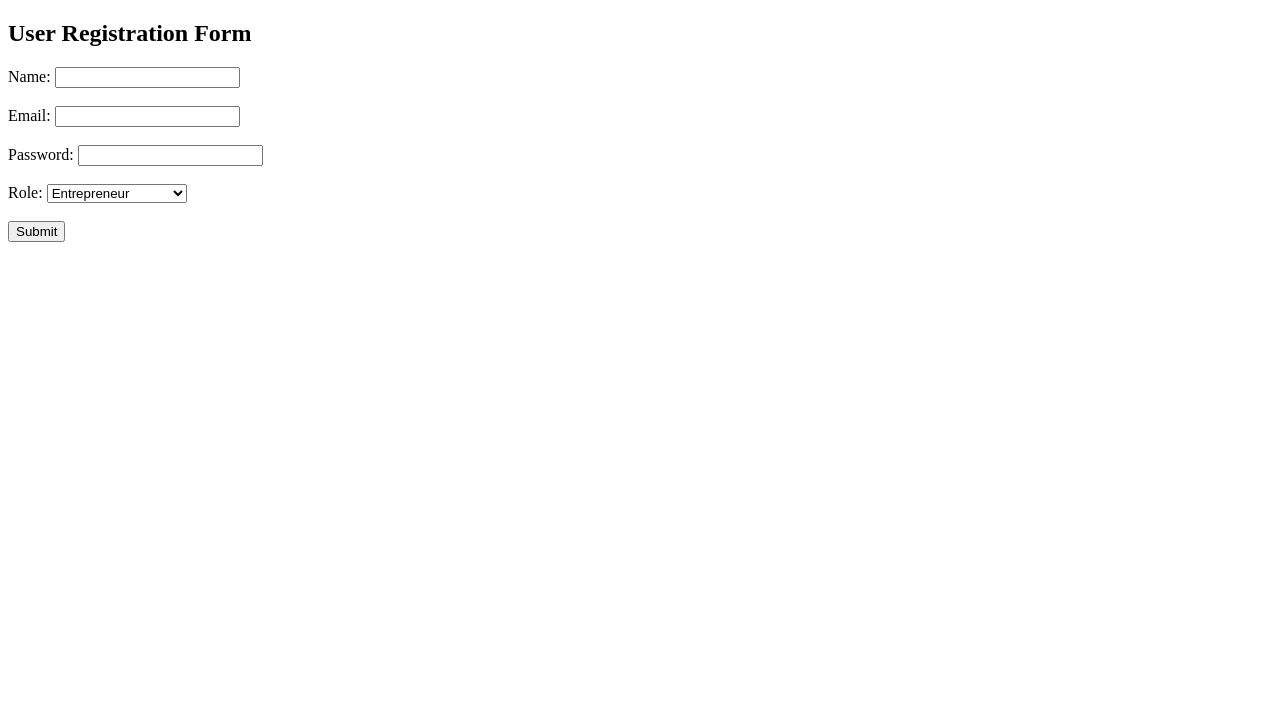
Repository: LOGANATHANTECH/single-window-approval-system
Page: singlewindow/singlewindow/src/main/webapp/testligin.html
These files come from the project's save history. The page is drawn as it stood at one moment and after the next save; the edit follows.
The browser window is 1280 px wide. The pictures show the whole page.

Above is the page before, as saved 2025-03-16 11:34:53.

### singlewindow/singlewindow/src/main/webapp/testligin.html
<!DOCTYPE html>
<html lang="en">
<head>
    <meta charset="UTF-8">
    <meta name="viewport" content="width=device-width, initial-scale=1.0">
    <title>User Registration</title>
</head>
<body>

    <h2>User Registration Form</h2>

    <form id="userForm">
        <label for="name">Name:</label>
        <input type="text" id="name" name="name" required><br><br>

        <label for="email">Email:</label>
        <input type="email" id="email" name="email" required><br><br>

        <label for="password">Password:</label>
        <input type="password" id="password" name="password" required><br><br>

        <label for="role">Role:</label>
        <select id="role" name="role" required>
            <option value="ENTREPRENEUR">Entrepreneur</option>
            <option value="GOVERNMENT_OFFICIAL">Government Official</option>
            <option value="ADMIN">Admin</option>
        </select><br><br>

        <button type="submit">Submit</button>
    </form>

    <script>
        document.getElementById("userForm").addEventListener("submit", function(event) {
            event.preventDefault(); // Prevent form reload

            // Get form values
            const name = document.getElementById("name").value;
            const email = document.getElementById("email").value;
            const password = document.getElementById("password").value;
            const role = document.getElementById("role").value;

            // Create a JSON object
            const userData = {
                name: name,
                email: email,
                password: password,
                role: role
            };

            // Send data to the API
            fetch("http://localhost:8080/user", {
                method: "POST",
                headers: {
                    "Content-Type": "application/json"
                },
                body: JSON.stringify(userData)
            })
            .then(response => response.json())
            .then(data => {
                alert("User registered successfully!");
                console.log("Success:", data);
            })
            .catch(error => {
                alert("Error registering user.");
                console.error("Error:", error);
            });
        });
    </script>

</body>
</html>

After the next save:
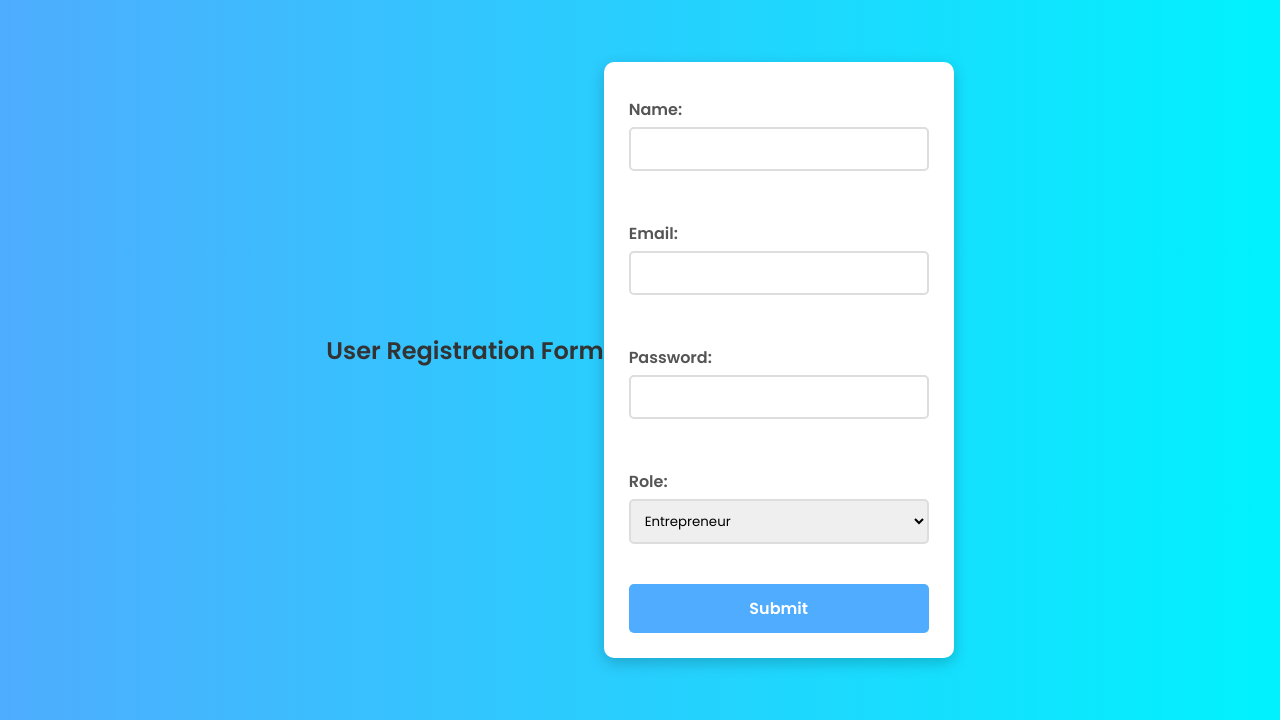
Saved 6 h 14 min later.
--- a/singlewindow/singlewindow/src/main/webapp/testligin.html
+++ b/singlewindow/singlewindow/src/main/webapp/testligin.html
@@ -4,6 +4,94 @@
     <meta charset="UTF-8">
     <meta name="viewport" content="width=device-width, initial-scale=1.0">
     <title>User Registration</title>
+    <style>
+        /* Import Google Font */
+@import url('https://fonts.googleapis.com/css2?family=Poppins:wght@300;400;600&display=swap');
+
+* {
+    margin: 0;
+    padding: 0;
+    box-sizing: border-box;
+    font-family: 'Poppins', sans-serif;
+}
+
+body {
+    background: linear-gradient(to right, #4facfe, #00f2fe);
+    display: flex;
+    justify-content: center;
+    align-items: center;
+    height: 100vh;
+}
+
+/* Form Container */
+form {
+    background: #ffffff;
+    padding: 25px;
+    border-radius: 10px;
+    box-shadow: 0px 5px 15px rgba(0, 0, 0, 0.2);
+    width: 350px;
+    text-align: center;
+}
+
+/* Form Heading */
+h2 {
+    margin-bottom: 20px;
+    color: #333;
+    font-weight: 600;
+}
+
+/* Input Fields */
+label {
+    display: block;
+    text-align: left;
+    font-weight: 600;
+    color: #555;
+    margin: 10px 0 5px;
+}
+
+input, select {
+    width: 100%;
+    padding: 10px;
+    margin-bottom: 15px;
+    border: 2px solid #ddd;
+    border-radius: 5px;
+    outline: none;
+    transition: 0.3s;
+}
+
+/* Input Focus Effect */
+input:focus, select:focus {
+    border-color: #4facfe;
+    box-shadow: 0px 0px 5px rgba(79, 172, 254, 0.5);
+}
+
+/* Submit Button */
+button {
+    width: 100%;
+    padding: 12px;
+    background: #4facfe;
+    color: #fff;
+    border: none;
+    border-radius: 5px;
+    font-size: 16px;
+    font-weight: 600;
+    cursor: pointer;
+    transition: 0.3s;
+}
+
+button:hover {
+    background: #008cfe;
+    box-shadow: 0px 5px 10px rgba(0, 140, 254, 0.3);
+}
+
+/* Responsive Design */
+@media (max-width: 400px) {
+    form {
+        width: 90%;
+    }
+}
+
+    </style>
 </head>
 <body>
 
@@ -35,7 +123,7 @@
 
             // Get form values
             const name = document.getElementById("name").value;
-            const email = document.getElementById("email").value;
+            const  email = document.getElementById("email").value;
             const password = document.getElementById("password").value;
             const role = document.getElementById("role").value;
 
